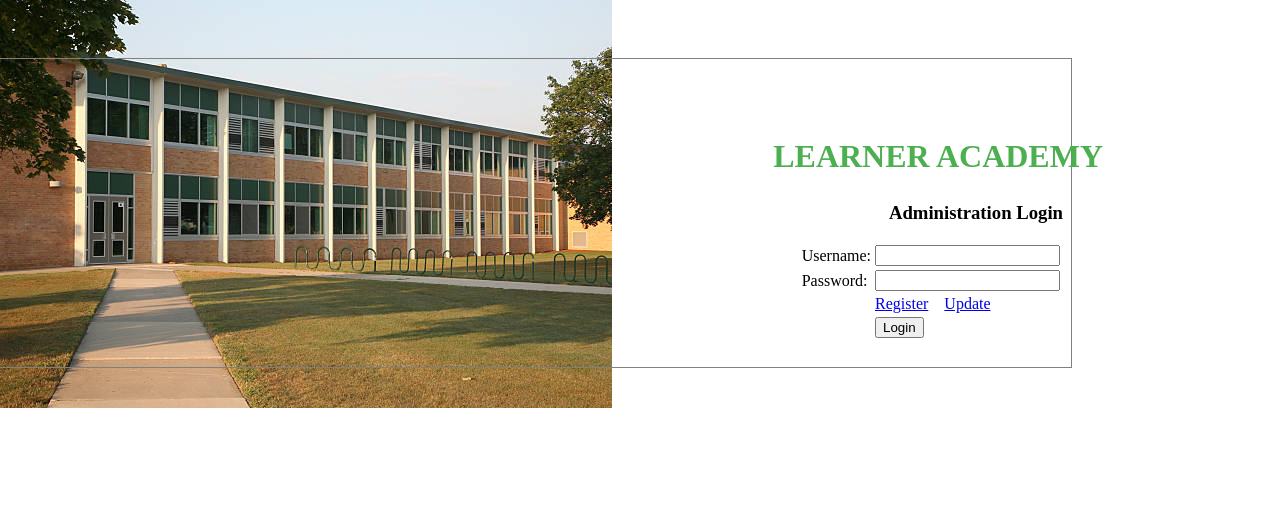
Repository: priyankagit8692/Phase_2_SimpliLearn-
Page: http://localhost/LearnerAcademyProject/AdminLogin.jsp
These files come from the project's save history. The page is drawn as it stood at one moment and after the next save; the edit follows.
The browser window is 1280 px wide. The pictures show the whole page.
The page is served by Tomcat 9.

Above is the page before, as saved 2021-03-20 15:06:08.

After the next save:
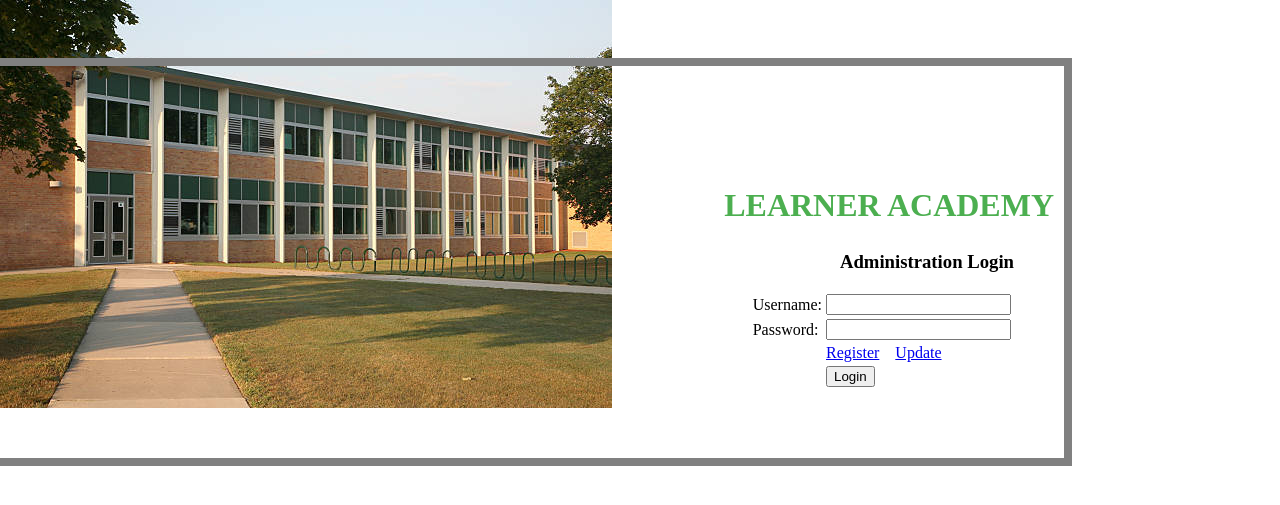
Saved 20 s later.
--- a/FinalProjectPhase2/LearnerAcademyProject/WebContent/AdminLogin.jsp
+++ b/FinalProjectPhase2/LearnerAcademyProject/WebContent/AdminLogin.jsp
@@ -14,8 +14,8 @@ body {
   height: auto;
 }
 div {
-  border: 1px solid gray;
-  padding: 8px;
+  border: 8px solid gray;
+  padding: 50px;
   transform: translate(-200px,50px);
 }
 h1{
